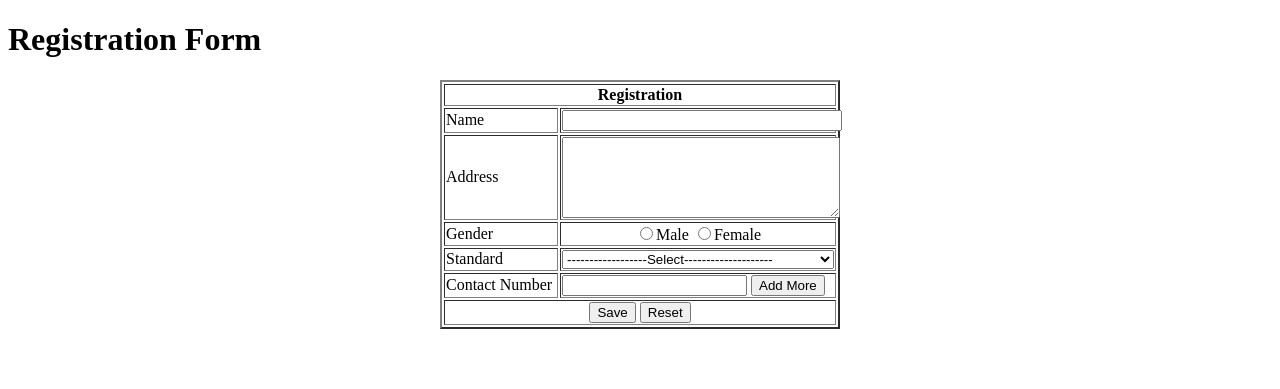
Repository: nsbgit/JavaTutorial
Page: http://localhost/2ndBatch/
These files come from the project's save history. The page is drawn as it stood at one moment and after the next save; the edit follows.
The browser window is 1280 px wide. The pictures show the whole page.
The page is served by Tomcat 9.

Above is the page before, as saved 2013-12-17 20:48:48.

### Webel Daily Home/J2EE Webel Tutorial Class/2ndBatch/WebContent/1st.jsp
<%@ page language="java" contentType="text/html; charset=ISO-8859-1"
    pageEncoding="ISO-8859-1"%>
<!DOCTYPE html PUBLIC "-//W3C//DTD HTML 4.01 Transitional//EN" "http://www.w3.org/TR/html4/loose.dtd">
<html>
<head>
<meta http-equiv="Content-Type" content="text/html; charset=ISO-8859-1">
<title>Webel Tutorial</title>
</head>
<body>
	<form action="#" method="post">
	<%--
	We have to draw or make a table inside form tag because this tag is required to pass the value into SERVLET
	 --%>
		<table border="2" width="400px" align="center">
		<%--
		Table is created into a row and column manner
		 --%>
			<h1 >Registration Form</h1> <%-- This is for heading of the page --%>

			<tr>
			<%--
			This tag is used for creation of a new row
			 --%>
				<th align="center" colspan="2">Registration</th> <%-- This tag is used for table header --%>
			</tr>

			<tr>
				<td>Name</td> <%-- This tag is for the new column for a particular row --%>
				<td>
					<input type="text" style="width: 100%"> <%-- Syntax for TEXTBOX --%>
				</td>
			</tr>

			<tr>
				<td>Address</td>
				<td>
					<textarea rows="5" cols="15" style="width: 100%"></textarea> <%-- Syntax for TEXT AREA --%>
				</td>
			</tr>


			<tr>
				<td>Gender</td>
				<td align="center">
					<input type="radio">Male <%-- Syntax for RADIO BUTTON --%>
					<input type="radio">Female
				</td>
			</tr>

			<tr>
				<td>Standard</td>
				<td>
					<select style="width: 100%">
					<%--
					This tag is used for creation of drop down list but the option will be not created through it.
					 --%>
						<option>------------------Select--------------------</option>
						<%--
						Options will be created by this tag
						 --%>
						<option>Standard 1</option>
						<option>Standard 2</option>
						<option>Standard 3</option>
						<option>Standard 4</option>
					</select>
				</td>
			</tr>

			<tr>
				<td>Contact Number</td>
				<td>
					<input type="text">
					<input type="button" value="Add More"><%-- Syntax for BUTTON --%>
				</td>
			</tr>

			<tr>
				<td align="center" colspan="2">
					<input type="submit" value="Save">
					<input type="reset" value="Reset">
				</td>
			</tr>



		</table>
	</form>
</body>
</html>

After the next save:
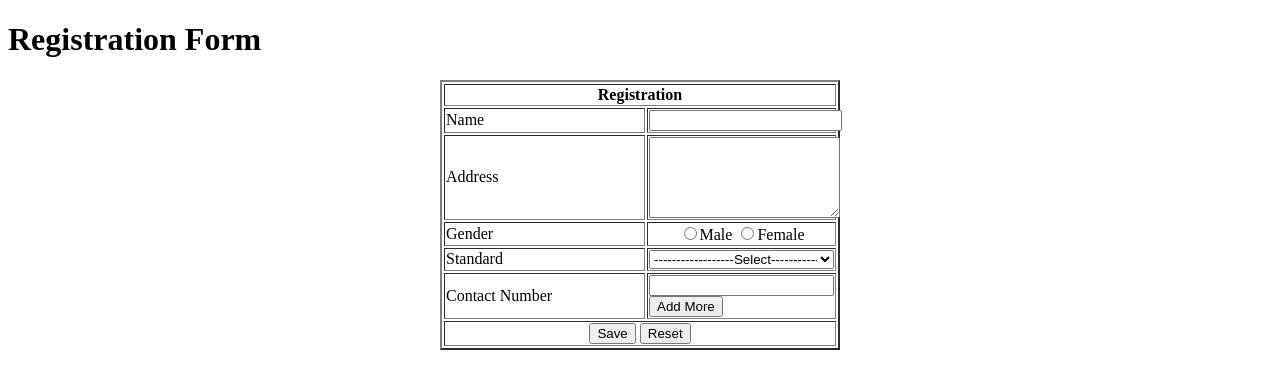
Saved 58 s later.
--- a/Webel Daily Home/J2EE Webel Tutorial Class/2ndBatch/WebContent/1st.jsp
+++ b/Webel Daily Home/J2EE Webel Tutorial Class/2ndBatch/WebContent/1st.jsp
@@ -67,7 +67,7 @@
 			</tr>
 
 			<tr>
-				<td>Contact Number</td>
+				<td style="width: 100%">Contact Number</td>
 				<td>
 					<input type="text">
 					<input type="button" value="Add More"><%-- Syntax for BUTTON --%>

After the save that followed:
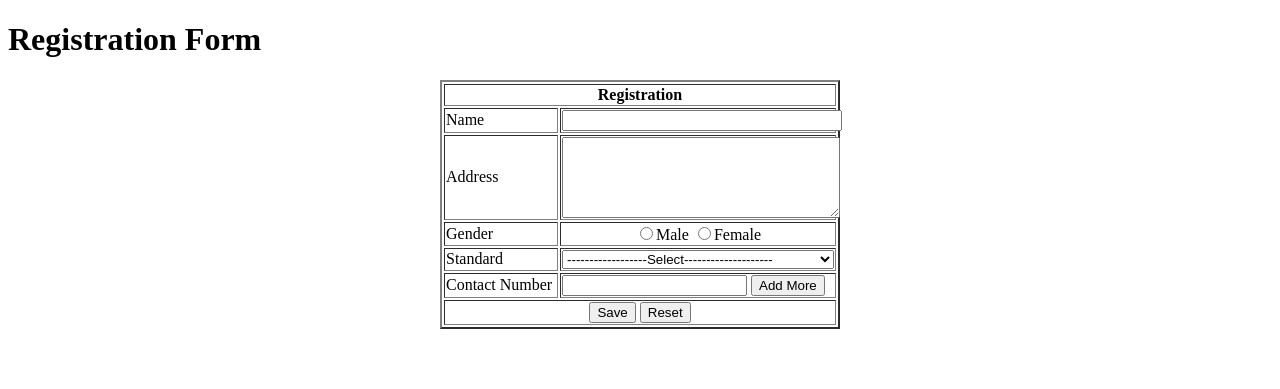
Saved 12 s later.
--- a/Webel Daily Home/J2EE Webel Tutorial Class/2ndBatch/WebContent/1st.jsp
+++ b/Webel Daily Home/J2EE Webel Tutorial Class/2ndBatch/WebContent/1st.jsp
@@ -67,7 +67,7 @@
 			</tr>
 
 			<tr>
-				<td style="width: 100%">Contact Number</td>
+				<td>Contact Number</td>
 				<td>
 					<input type="text">
 					<input type="button" value="Add More"><%-- Syntax for BUTTON --%>
